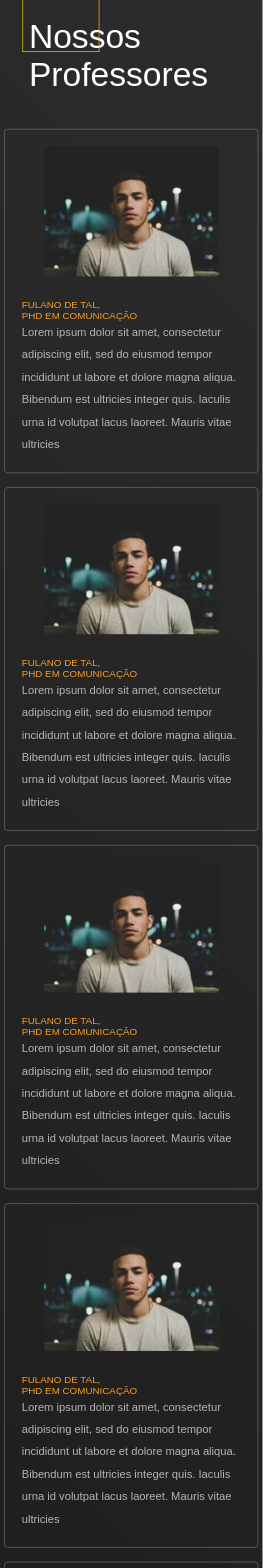
Repository: Rafael-Araujo-dev/Treinamento-Raccoon
Page: Projeto-2/index.html
The author's editor kept a copy of each file at every save. The page is drawn from the files as they stood at one save, then again after a run of saves.
The browser window is 375 px wide. The pictures show the part of the page from y = 4030 to 6270 px (the page is 7264 px tall before and 7545 px after), at 70% of full size.
Backgrounds fixed to the window are drawn as part of the page. Some web fonts or font styles are not loaded; a fallback is used.

Above is the page before, as saved 2021-09-23 16:55:37.

After the next 3 saves:
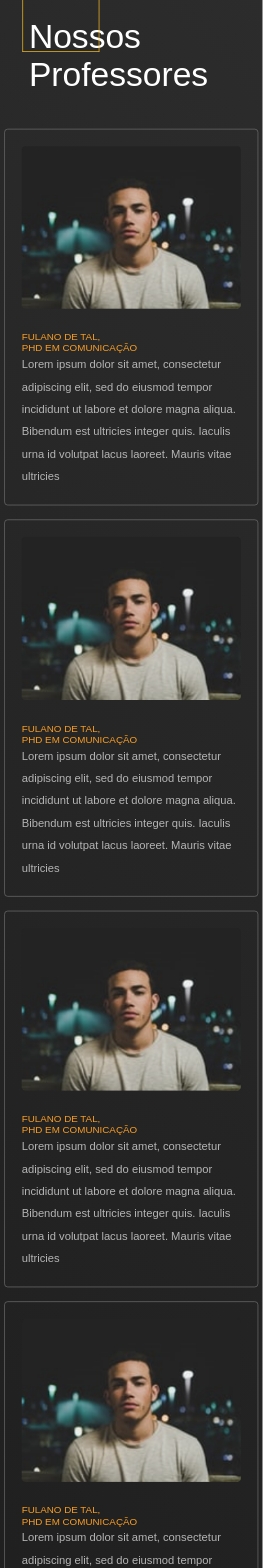
The 3 saves are shown as one change because they came seconds apart.
The last was saved 22 s later.
--- a/Projeto-2/css/style.css
+++ b/Projeto-2/css/style.css
@@ -735,7 +735,7 @@
 
 @media(max-width: 450px) {
     .our-teachers .card-image img {
-        max-width: 250px;
+        width: 100%;
     }
 
     .our-teachers .card-container {
